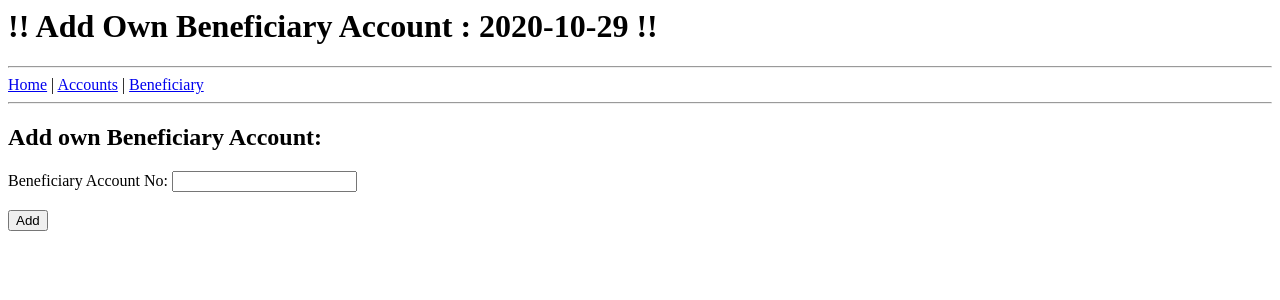
Repository: anik84/ibs
Page: http://localhost/IBS/user_add_own_beneficiary_account_form.jsp
An editor plug-in stored every save of this project. The page is shown before and after the next save, followed by the edit.
The browser window is 1280 px wide. The pictures show the whole page.
The page is served by Tomcat 9.

Above is the page before, as saved 2020-11-01 07:07:08.

After the next save:
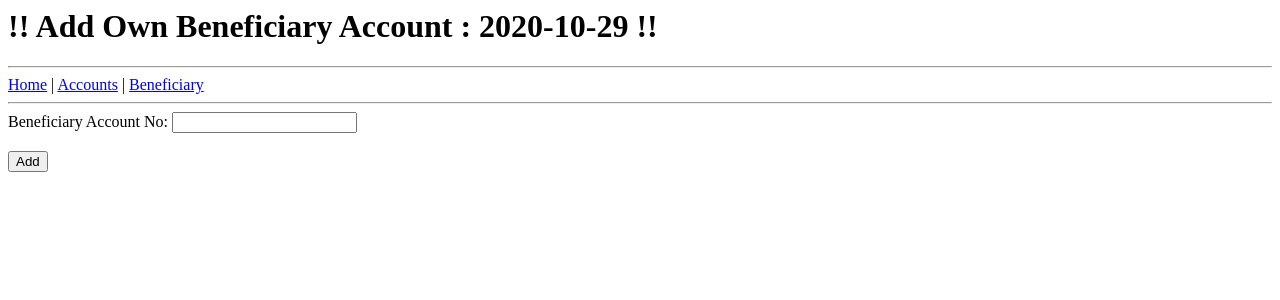
Saved 3 min 33 s later.
--- a/IBS_JSPs/IBS/WebContent/user_add_own_beneficiary_account_form.jsp
+++ b/IBS_JSPs/IBS/WebContent/user_add_own_beneficiary_account_form.jsp
@@ -11,7 +11,6 @@
 	</h1>
 	<jsp:include page="user_home_menu.jsp" />
 
-	<h2>Add own Beneficiary Account:</h2>
 	<form action="addbenefacct" method="POST">
 
 		<div>
